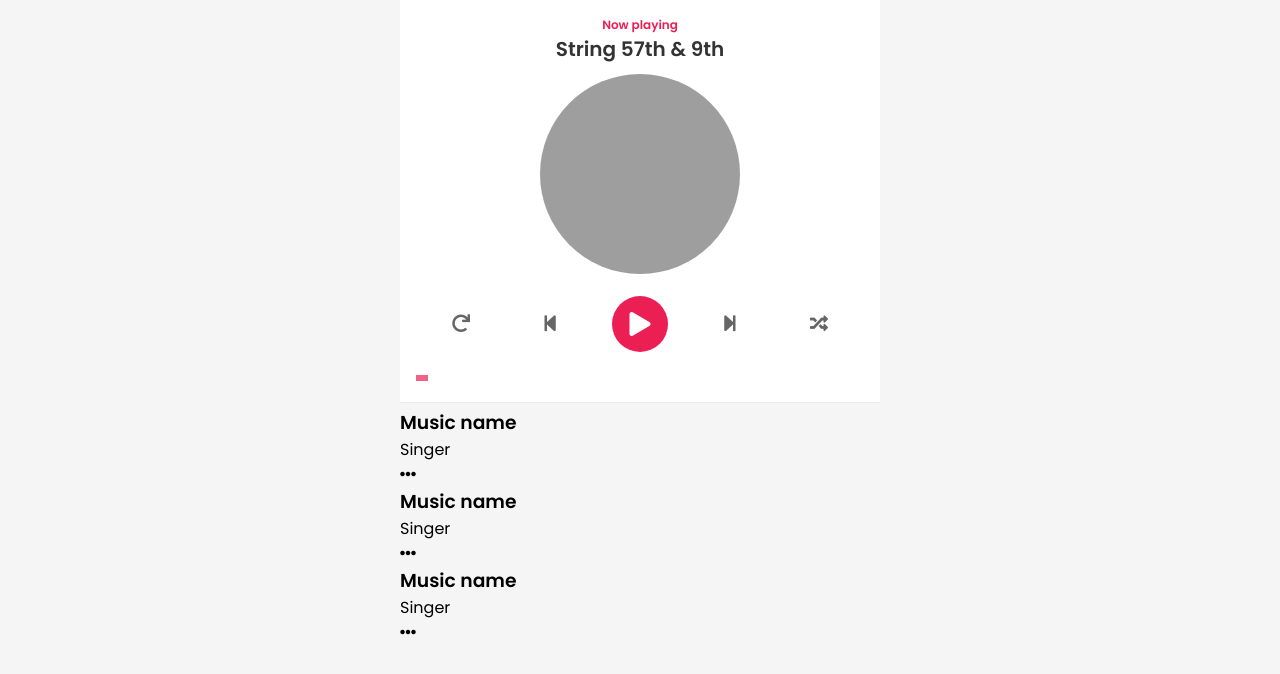
Repository: NBlue/Music_Player
Page: index.html
The author's editor kept a copy of each file at every save. The page is drawn from the files as they stood at one save, then again after the next save.
The browser window is 1280 px wide. The pictures show the whole page.
Pictures or frames that could not be fetched are drawn as grey boxes.

Above is the page before, as saved 2021-10-12 23:07:41.

### index.html
<!DOCTYPE html>
<html lang="en">
    <head>
        <meta charset="UTF-8" />
        <meta http-equiv="X-UA-Compatible" content="IE=edge" />
        <meta name="viewport" content="width=device-width, initial-scale=1.0" />
        <title>Music player</title>
        <link
            rel="stylesheet"
            href="https://cdnjs.cloudflare.com/ajax/libs/font-awesome/5.15.2/css/all.min.css"
            integrity="sha512-HK5fgLBL+xu6dm/Ii3z4xhlSUyZgTT9tuc/hSrtw6uzJOvgRr2a9jyxxT1ely+B+xFAmJKVSTbpM/CuL7qxO8w=="
            crossorigin="anonymous"
        />
        <link rel="preconnect" href="https://fonts.gstatic.com" />
        <link
            href="https://fonts.googleapis.com/css2?family=Poppins:wght@300;400;600&display=swap"
            rel="stylesheet"
        />

        <link rel="stylesheet" href="./assets/css/style.css" />
    </head>
    <body>
        <div class="player">
            <!-- Dashboard - Bảng điều khiển -->
            <div class="dashboard">
                <!-- Header -->
                <header>
                    <h4>Now playing</h4>
                    <h2>String 57th & 9th</h2>
                </header>

                <!-- CD -->
                <div class="cd">
                    <div
                        class="cd-thumb"
                        style="
                            background-image: url(https://i.ytimg.com/vi/jTLhQf5KJSc/maxresdefault.jpg);
                        "
                    ></div>
                </div>

                <!-- Control -->
                <div class="control">
                    <div class="btn btn-repeat">
                        <i class="fas fa-redo"></i>
                    </div>
                    <div class="btn btn-prev">
                        <i class="fas fa-step-backward"></i>
                    </div>
                    <div class="btn btn-toggle-play">
                        <i class="fas fa-pause icon-pause"></i>
                        <i class="fas fa-play icon-play"></i>
                    </div>
                    <div class="btn btn-next">
                        <i class="fas fa-step-forward"></i>
                    </div>
                    <div class="btn btn-random">
                        <i class="fas fa-random"></i>
                    </div>
                </div>

                <input
                    type="range"
                    id="progress"
                    class="progress"
                    value="0"
                    step="1"
                    min="0"
                    max="100"
                />

                <audio src="" id="audio"></audio>
            </div>

            <!-- Playlist -->
            <div class="playlist">
                <div class="song">
                    <div
                        class="thumb"
                        style="
                            background-image: url(https://i.ytimg.com/vi/jTLhQf5KJSc/maxresdefault.jpg);
                        "
                    ></div>
                    <div class="body">
                        <h3 class="title">Music name</h3>
                        <p class="author">Singer</p>
                    </div>
                    <div class="option">
                        <i class="fas fa-ellipsis-h"></i>
                    </div>
                </div>
                <div class="song">
                    <div
                        class="thumb"
                        style="
                            background-image: url(https://i.ytimg.com/vi/jTLhQf5KJSc/maxresdefault.jpg);
                        "
                    ></div>
                    <div class="body">
                        <h3 class="title">Music name</h3>
                        <p class="author">Singer</p>
                    </div>
                    <div class="option">
                        <i class="fas fa-ellipsis-h"></i>
                    </div>
                </div>
                <div class="song">
                    <div
                        class="thumb"
                        style="
                            background-image: url(https://i.ytimg.com/vi/jTLhQf5KJSc/maxresdefault.jpg);
                        "
                    ></div>
                    <div class="body">
                        <h3 class="title">Music name</h3>
                        <p class="author">Singer</p>
                    </div>
                    <div class="option">
                        <i class="fas fa-ellipsis-h"></i>
                    </div>
                </div>
            </div>
        </div>
    </body>
</html>

### assets/css/style.css
:root {
    --primary-color: #ec1f55;
    --text-color: #333;
}

* {
    padding: 0;
    margin: 0;
    box-sizing: inherit;
}

body {
    background-color: #f5f5f5;
}

html {
    box-sizing: border-box;
    font-family: "Poppins", sans-serif;
}

.player {
    position: relative;
    max-width: 480px;
    margin: 0 auto;
}

.player .icon-pause {
    display: none;
}

.player.playing .icon-pause {
    display: inline-block;
}

.player.playing .icon-play {
    display: none;
}

.dashboard {
    padding: 16px 16px 14px;
    background-color: #fff;
    position: fixed;
    top: 0;
    width: 100%;
    max-width: 480px;
    border-bottom: 1px solid #ebebeb;
}

/* HEADER */
header {
    text-align: center;
    margin-bottom: 10px;
}

header h4 {
    color: var(--primary-color);
    font-size: 12px;
}

header h2 {
    color: var(--text-color);
    font-size: 20px;
}

/* CD */
.cd {
    display: flex;
    margin: auto;
    width: 200px;
}

.cd-thumb {
    width: 100%;
    padding-bottom: 100%;
    border-radius: 50%;
    background-color: #333;
    background-size: cover;
    margin: auto;
}

/* CONTROL */
.control {
    display: flex;
    align-items: center;
    justify-content: space-around;
    padding: 18px 0 8px 0;
}

.control .btn {
    color: #666;
    padding: 18px;
    font-size: 18px;
}

.control .btn.active {
    color: var(--primary-color);
}

.control .btn-toggle-play {
    width: 56px;
    height: 56px;
    border-radius: 50%;
    font-size: 24px;
    color: #fff;
    display: flex;
    align-items: center;
    justify-content: center;
    background-color: var(--primary-color);
}

.progress {
    width: 100%;
    height: 6px;
    -webkit-appearance: none; /*ẩn cái thanh process*/
    background: color #d3d3d3;
    outline: none;
    opacity: 0.7;
    -webkit-transition: 0.2s;
    transition: opacity 0.2s;
}

.progress::-webkit-slider-thumb {
    /* Css cho cái nút tròn tròn thành hình khác: thumb - ngón tay*/
    -webkit-appearance: none;
    appearance: none;
    width: 12px;
    height: 6px;
    background-color: var(--primary-color);
    cursor: pointer;
}

/* PLAYLIST */
.playlist {
    margin-top: 408px;
}

.song {
    /* display: flex;
    align-items: center; */
}
.thumb {
}
.body {
}
.title {
}
.author {
}
.option {
}
.fa-ellipsis-h {
}
.btn.btn-repeat {
}
.fas.fa-redo {
}
.btn.btn-prev {
}
.fas.fa-step-backward {
}
.btn.btn-toggle-play {
}
.fas.fa-pause.icon-pause {
}
.fas.fa-play.icon-play {
}
.btn.btn-next {
}
.fas.fa-step-forward {
}
.btn.btn-random {
}
.fas.fa-random {
}
.fas.fa-ellipsis-h {
}

After the next save:
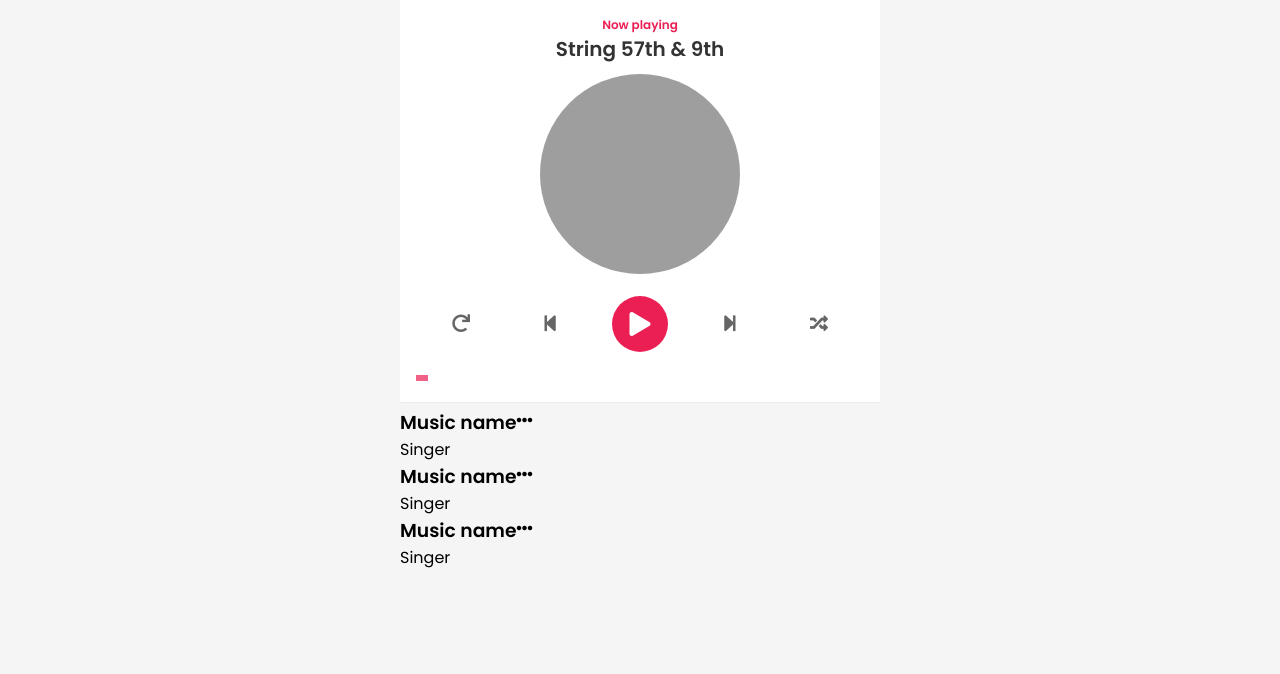
Saved 86 s later.
--- a/assets/css/style.css
+++ b/assets/css/style.css
@@ -131,12 +131,12 @@ header h2 {
 
 /* PLAYLIST */
 .playlist {
-    margin-top: 408px;
+    margin-top: 408px; /* Vì cái dashbroad được fixed nên nó chồi lên trên*/
 }
 
 .song {
-    /* display: flex;
-    align-items: center; */
+    display: flex;
+    /* align-items: center; */
 }
 .thumb {
 }
